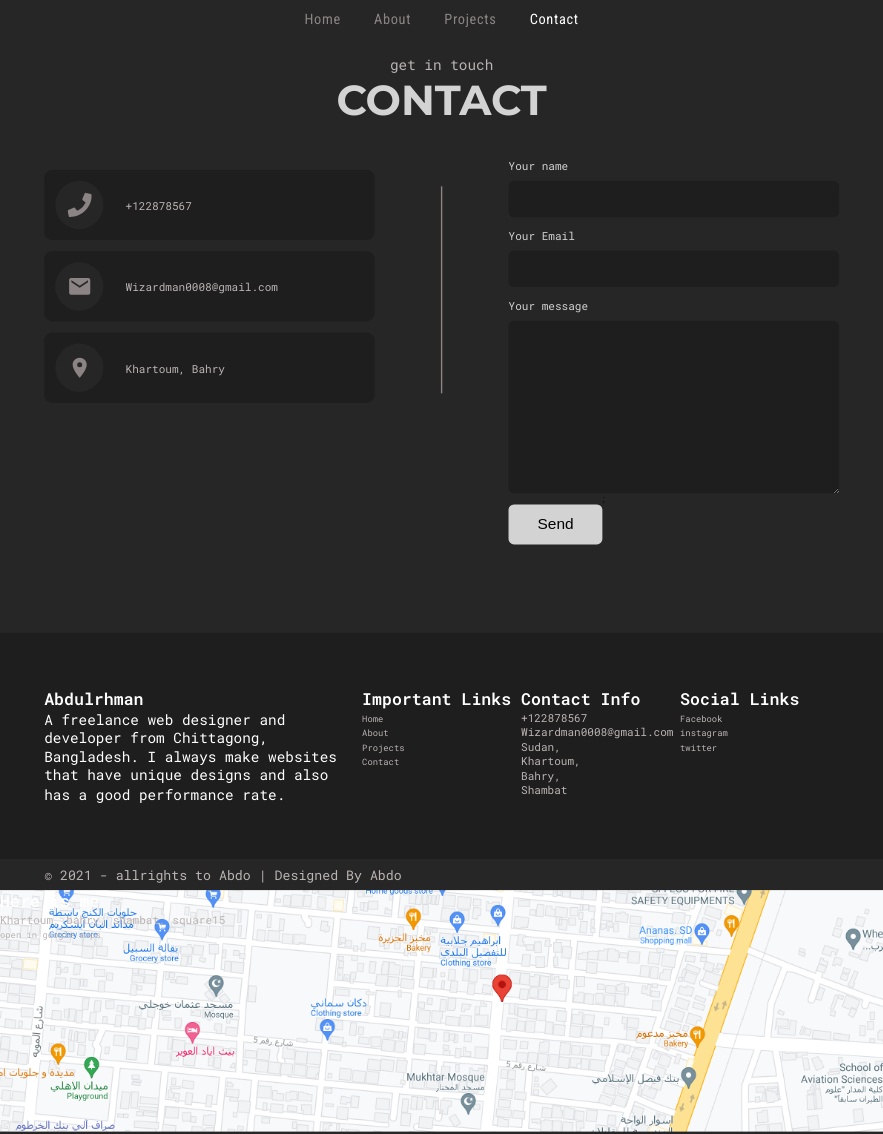
Repository: Abdoulrhman-altyeb/React-Typescript
Page: /contact
These files come from the project's save history. The page is drawn as it stood at one moment and after the next save; the edit follows.
The browser window is 1280 px wide. The pictures show the whole page, at 69% of full size.
The project was rebuilt for these pictures with package versions that can differ from the ones it lists, and the page was loaded fresh each time. Also part of the build but not shown: src/components/ContactButton.tsx, src/components/HeroSection.tsx, src/components/AboutSection.tsx, src/assits/data/Services.ts, src/components/ServiceItems.tsx, src/components/ServicesSection.tsx, src/components/ProjectsSection.tsx, src/Pages/Home.tsx and 2 more.

Above is the page before, as saved 2021-05-20 19:17:05.

### public/index.html
<!DOCTYPE html>
<html lang="en">

<head>
  <meta charset="utf-8" />
  <meta name="viewport" content="width=device-width, initial-scale=1" />
  <meta name="theme-color" content="#000000" />
  <meta name="description" content="IT Guys Community" />
  <link rel="preconnect" href="https://fonts.gstatic.com">
  <link href="https://fonts.googleapis.com/css2?family=Roboto:wght@300;400;500;700&display=swap" rel="stylesheet">
  <link rel="preconnect" href="https://fonts.gstatic.com">
<link href="https://fonts.googleapis.com/css2?family=Montserrat:wght@200;300;400;500;700&display=swap" rel="stylesheet">
<link rel="preconnect" href="https://fonts.gstatic.com">
<link href="https://fonts.googleapis.com/css2?family=Roboto+Mono:wght@200;300;400;500;600&display=swap" rel="stylesheet">
<link rel="preconnect" href="https://fonts.gstatic.com">
<link href="https://fonts.googleapis.com/css2?family=Roboto+Condensed:wght@400;700&display=swap" rel="stylesheet">
  <title>App Lab</title>
</head>

<body>
  <noscript>You need to enable JavaScript to run this app.</noscript>
  <div id="root"></div>
</body>

</html>

### src/index.tsx
import ReactDOM from "react-dom";
import App from "./App";
import './assits/styles/style.css'

ReactDOM.render(<App/>,document.getElementById("root"));

### src/App.tsx
import React from "react";
import NavBar from './components/NavBar';
import { BrowserRouter as Router, Route, Switch } from 'react-router-dom'
import Home from "./Pages/Home";
import Contact from "./Pages/Contact";
import About from "./Pages/About";
import Projects from "./Pages/Projects";


const App: React.FC = () => {



  return (
    <>
      <Router>
        <NavBar />
        <Switch>
          <Route  path='/' exact>
            <Home />
          </Route>
          <Route path="/contact">
            <Contact />
          </Route>
          <Route path='/about'>
            <About />
          </Route>
          <Route path='/projects'>
              <Projects/>
          </Route>
        </Switch>
      </Router>
    </>
  )
}

export default App;

### src/assits/styles/style.css
* {
    padding:0;
    margin:0;
    box-sizing:border-box;
    scroll-behavior: auto;
}

body {
    background:#262626;
    color:white;
    font-family: 'Roboto Mono', monospace;
}
::-webkit-scrollbar-track {
    background: #1E1E1E;
}
::-webkit-scrollbar {
    width: 8px;
}
::-webkit-scrollbar-thumb {
    background: #888;
    border-radius: 20px;
}




img,svg{
    width: 100%;
    height:100%;
    object-fit: cover;
}
.container {
    width:90%;
    max-width:1200px;
    margin: 0 auto;
}

.hero__img {
    height:600px;
}
ul {
    list-style: none;
}
p, h1, span,h3,a {
    color:#BCB4B4
}
a {
    text-decoration: none;
    font-size:0.8rem;
}

### src/components/NavBar.tsx
import React,{useState} from 'react';
import styled from 'styled-components';
import { NavLink } from 'react-router-dom';
import { BiMenu, BiX } from 'react-icons/bi';


const NavBar: React.FC = () => {

    const [isActive, setIsActive] = useState<boolean>(false);

    return (
        <NavBarContainer>
            <div className="hamburgerMenu"
                onClick={() => setIsActive(!isActive)}
                role='button'
                tabIndex={0}
                onKeyDown={() => setIsActive(!isActive)}
            >
                <BiMenu/>
            </div>
            <ul className={isActive ? 'ListItems' : 'ListItems hide-items'}>
                <div className='closeMenu'
                    onClick={() => setIsActive(!isActive)}
                    role='button'
                    tabIndex={0}
                    onKeyDown={() => setIsActive(!isActive)}
                >
                    <BiX/>
                </div>
                <li>
                    <NavLink to='/' exact>
                     Home
                    </NavLink>
                </li>
                <li>
                    <NavLink to="/about">
                        About
                    </NavLink>
                </li>
                <li>
                    <NavLink to='projects'>
                        Projects
                    </NavLink>
                </li>
                <li>
                    <NavLink to='contact'>
                        Contact
                    </NavLink>
                </li>
            </ul>
        </NavBarContainer>
    )
}

const NavBarContainer = styled.nav`
    position: fixed;
    z-index:100;
    top:0;
    left:0;
    background-color:#262626;
    font-family: 'Roboto Condensed', sans-serif;
    width:100%;
    ul {
        width:90%;
        max-width:1200px;
        justify-content:center;
        text-align:center;
        margin:0 auto;
        border-radius:12px;
    }
    li {
        display:inline-block;
        cursor:pointer;
    }
    a {
        display:inline-block;
        padding:1rem 1.5rem;
        font-size:1.3rem;
        color:#8c8484;
        letter-spacing: 1px;
        transition:0.3s ease color;
        /* &:hover {
            color:#726f6f;
        } */
    }
    .active {
        color:white;
    }

    .hamburgerMenu {
        font-size:2rem;
        position:absolute;
        top:1rem;
        right:1rem;
        color:white;
        display:none;
        * {
            pointer-events:none;
        }
    }
    .closeMenu{
        display:none;
    }
    @media only screen and (max-width:768px) {
        .hide-items{
            transform: translateY(calc(-100% - 1rem))
        }
        .hamburgerMenu{
            display:block;
        }
        .ListItems {
            width:80%;
            max-width:230px;
            position:absolute;
            top:1rem;
            right:1rem;
            background:#1E1E1E;
            padding:1rem;
            transition: 0.3s ease transform;

            .closeMenu {
                color:white;
                font-size:1.5rem;
                width:1rem;
                margin: 0 0 0 auto;
                cursor: pointer;
                display:block;
                *{
                    pointer-events:none;
                }
            }
        }
        li {
            display:block;
            margin-bottom:1rem;
        }
        a {
            /* padding:1rem; */
            padding:0.2rem;
            outline:none;
        }
    }
`;



export default NavBar;

### src/Pages/Contact.tsx
import React from 'react';
import ContactSection from '../components/ContactSecion';
import FooterSection from '../components/FooterSection';
import Map from '../components/Map';

const Contact: React.FC = () => {
    return (
        <>
            <ContactSection/>
            <FooterSection />
            <Map/>
        </>
    )
}

export default Contact;

### src/components/FooterSection.tsx
import React from 'react';
import styled from 'styled-components';
import PaText from './PaText';
import { Link } from 'react-router-dom';

const FooterSection: React.FC = () => {
    return (
        <>
            <StyledDiv>
                <div className="container">
                    <div className="info">
                        <h2>Abdulrhman</h2>
                        <PaText>
                            A freelance web designer and developer from Chittagong,
                            Bangladesh. I always make websites that have unique designs
                            and also has a good performance rate.
                        </PaText>
                    </div>
                    <div className="pages">
                        <h2>Important Links</h2>
                        <ul>
                            <li>
                                <Link to="/">Home</Link>
                            </li>
                            <li>
                                <Link to="/">About</Link>
                            </li>
                            <li>
                                <Link to="/">Projects</Link>
                            </li>
                            <li>
                                <Link to="/">Contact</Link>
                            </li>
                        </ul>
                    </div>
                    <div className="contact_info">
                        <h2>Contact Info</h2>
                        <ul>
                            <li><p>+122878567</p></li>
                            <li><p>Wizardman0008@gmail.com</p></li>
                            <li><p>Sudan,<br></br>Khartoum,<br></br>Bahry,<br></br>Shambat</p></li>
                        </ul>
                    </div>
                    <div className="social_Links">
                        <h2>Social Links</h2>
                        <ul>
                            <li><a href="https://facebook.com" rel='noreferrer'>Facebook</a></li>
                        </ul>
                        <ul>
                            <li><a href="https://instagram.com" rel='noreferrer'>instagram</a></li>
                        </ul>
                        <ul>
                            <li><a href="https://twitter.com" rel='noreferrer'>twitter</a></li>
                        </ul>
                    </div>
                </div>
            </StyledDiv>
            <StyledCopyright>
                <div className="container">
                    <p>© 2021 - allrights to Abdo  | Designed By Abdo</p>
                </div>
            </StyledCopyright>
        </>

    )
}

const StyledDiv = styled.div`
    background:#1E1E1E;
    padding:5rem 0 ;
    .container{
        display:flex;
    }
    .info{
        flex:2;
    }
    .contact_info,
    .pages,
    .social_Links{
        flex:1;
    }
    @media only screen and (max-width:768px) {
        .container{
            flex-direction:column;
        }
    }
`;
const StyledCopyright = styled.div`
    background:#262626;
    padding:10px 0;
    p{
        font-size:1.2rem;
    }

    @media only screen and (max-width:768px) {
        p{
            font-size:0.9rem;
            width:100%;
        }
    }
`;

export default FooterSection

### src/components/ContactSecion.tsx
import React from 'react';
import styled from 'styled-components';
import SectionsTitle from './SectionsTitle';
import { FaPhone } from 'react-icons/fa';
import { IoMdMail } from 'react-icons/io';
import {MdLocationOn} from 'react-icons/md'
import Button from './Button';

const ContactSection: React.FC = () => {
    return (
        <StyledDiv>
            <div className="container">
                <SectionsTitle title='contact' semiTitle='get in touch' />
                <div className="contact-me">
                    <div className="contact-info">
                        <div className="phone">
                            <div className="icon">
                                <FaPhone/>
                            </div>
                            <span> +122878567</span>
                        </div>
                        <div className="mail">
                            <div className="icon">
                                <IoMdMail/>
                            </div>
                            <span>Wizardman0008@gmail.com</span>
                        </div>
                        <div className="location">
                            <div className="icon">
                                <MdLocationOn/>
                            </div>
                            <span>Khartoum, Bahry</span>
                        </div>
                    </div>
                    <div className="linebetween"></div>
                    <form className='form-contact'>
                        <label htmlFor="name">Your name</label>
                        <input className='name' type="text" id='name' />
                        <label htmlFor="email">Your Email</label>
                        <input type="email" id="email" />
                        <label htmlFor="message">Your message</label>
                        <textarea id="message"></textarea>
                        <button type='submit' className='btn'>
                                <Button btnLink='/'  outline={false} btnText='Send'/>;
                        </button>
                    </form>
                </div>
            </div>
        </StyledDiv>
    )
}
const StyledDiv = styled.div`
    padding:5rem 0;
    text-align: center;
    .container{
        display: flex;
        flex-direction:column;
    }
    .title{
        p{
            font-size:1.3rem;
        }
        h2{
            font-size:3.8rem;
            margin-top:0;
        }
    }
    .contact-me{
        padding:3rem 0;
        display: flex;
        gap:6rem;
    }
    .contact-info{
        flex:1;
    }
    .phone,
    .mail,
    .location{
        width:100%;
        background:#1E1E1E;
        margin-top:1rem;
        padding:1rem;
        border-radius:12px;
        display: flex;
        align-items: center;
    }
    .icon{
        width:70px;
        height:70px;
        border-radius: 50%;
        display: flex;
        justify-content: center;
        align-items:center;
        margin-right:2rem;
        background:#262626;
    }
    .icon svg{
        width:50%;
        fill: #8c8484;
    }
    .linebetween{
        width:2px;
        height:300px;
        background:#8c8484;
        margin-top:2.5rem;
    }

    .form-contact{
        flex:1;
        display: flex;
        flex-direction:column;
        text-align:left;
    }
    .form-contact input, textarea{
        padding:1rem;
        background:#1E1E1E;
        border:none;
        border-radius:8px;
    }
    .form-contact textarea {
        height:250px;
        resize: vertical;
    }
    .form-contact label{
        margin-bottom:0.7rem;
        color:lightgray;
    }
    .form-contact input{
        margin-bottom:1rem;
        outline:none;
        color:#8c8484;
        font-size:1.1rem;
    }
    .btn{
        background:transparent;
        outline:none;
        border:none;
        pointer-events: none;
        display: flex;
        justify-content: flex-start;
        *{
            pointer-events: all;
        }
    }
    @media only screen and (max-width:768px) {
        .title{
            p{
                font-size:0.9rem;
            }
            h2{
                font-size:2.5rem;
                margin-top:0;
            }
        }
        .contact-me{
            flex-direction:column;
        }
        .linebetween{
            display: none;
        }
    }
`;

export default ContactSection;

### src/components/Map.tsx
import React from 'react';
import styled from 'styled-components';
import map from '../assits/images/Capture.jpg'
const Map: React.FC = () => {
    return (
        <StyleDiv>
            <img src={map} alt="" />
            <div className="location__details">
                <h2>Here is me</h2>
                <p>Khartoum, bahry, shambat, square15</p>
                <a href="https://www.google.com/maps/place/%D9%85%D8%AD%D8%B7%D9%87+15%E2%80%AD/@15.6677097,32.5462023,17z/data=!4m13!1m7!3m6!1s0x168e8da4c6682f5f:0x213cdd630f5e6fa9!2sShambat+Bridge,+Khartoum+North,+Sudan!3b1!8m2!3d15.6434242!4d32.5089219!3m4!1s0x168e93f8f47bbcb9:0x5df02e7d5dd85537!8m2!3d15.6681869!4d32.5468858" rel='noreferrer'>open in google maps</a>
            </div>
        </StyleDiv>
    )
}

const StyleDiv = styled.div`
    position: relative;
    height:350px;
    width:100%;
    .location__details{
        position: absolute;
        top: 0;
        left:0;
    }
`;
export default Map;

### src/components/Button.tsx
import React from 'react';
import { Link } from 'react-router-dom';
import styled from 'styled-components'


const Button:React.FC<ButtonProps> = ({btnLink,btnText,outline}) => {
    return (
        <BTNSTYLE className='btn'>
            <Link className='button' to={btnLink} style={{ background: outline ? 'transparent' : 'lightgray', color: outline? 'lightgray': 'black' }}>{btnText}</Link>
        </BTNSTYLE>
    )
}


const BTNSTYLE = styled.div`
    margin-top:1rem;
    .button{
        background:lightgray;
        padding:0.9rem 2.5rem;
        color:black;
        border-radius:8px;
        border:2px solid lightgray;
        cursor:pointer;
        display:inline-block;
        font-size:1.4rem;
    }
    @media only screen and (max-width:768px) {
        .button{
            font-size:1.2rem;
        }
    }
`;

export default Button

### src/components/PaText.tsx
import styled from 'styled-components'

const PaText: React.FC = ({children}) => {

    return (
        <TextContainer className='par'>
            {children}
        </TextContainer>
    )
}

const TextContainer = styled.div`
    max-width:500px;
    margin:0 auto;
    line-height:1.3em;
    font-family: 'Roboto Mono', monospace;
    font-size:1.3rem;
    @media only screen and (max-width:768px) {
        font-size:1.1rem;
    }
`;

export default PaText

### src/components/SectionsTitle.tsx
import React from 'react';
import styled from 'styled-components';

const SectionsTitle:React.FC<SectionTitle> = ({title,semiTitle}) => {
    return (
        <StyledSectionTitle className='title'>
            <p>{semiTitle}</p>
            <h2>{title}</h2>
        </StyledSectionTitle>
    )
}

const StyledSectionTitle = styled.div`
    P{
        font-size:1.5rem;
    }
    h2{
        font-size:3.8rem;
        font-family: 'Montserrat', sans-serif;
        text-transform:uppercase;
        margin-top:0.7rem;
        color:lightgray;
    }
    @media only screen and (max-width:768px){
        p{
            font-size:1rem;
        }
        h2{
            font-size:2rem;

        }
    }
`;

export default SectionsTitle;

After the next save:
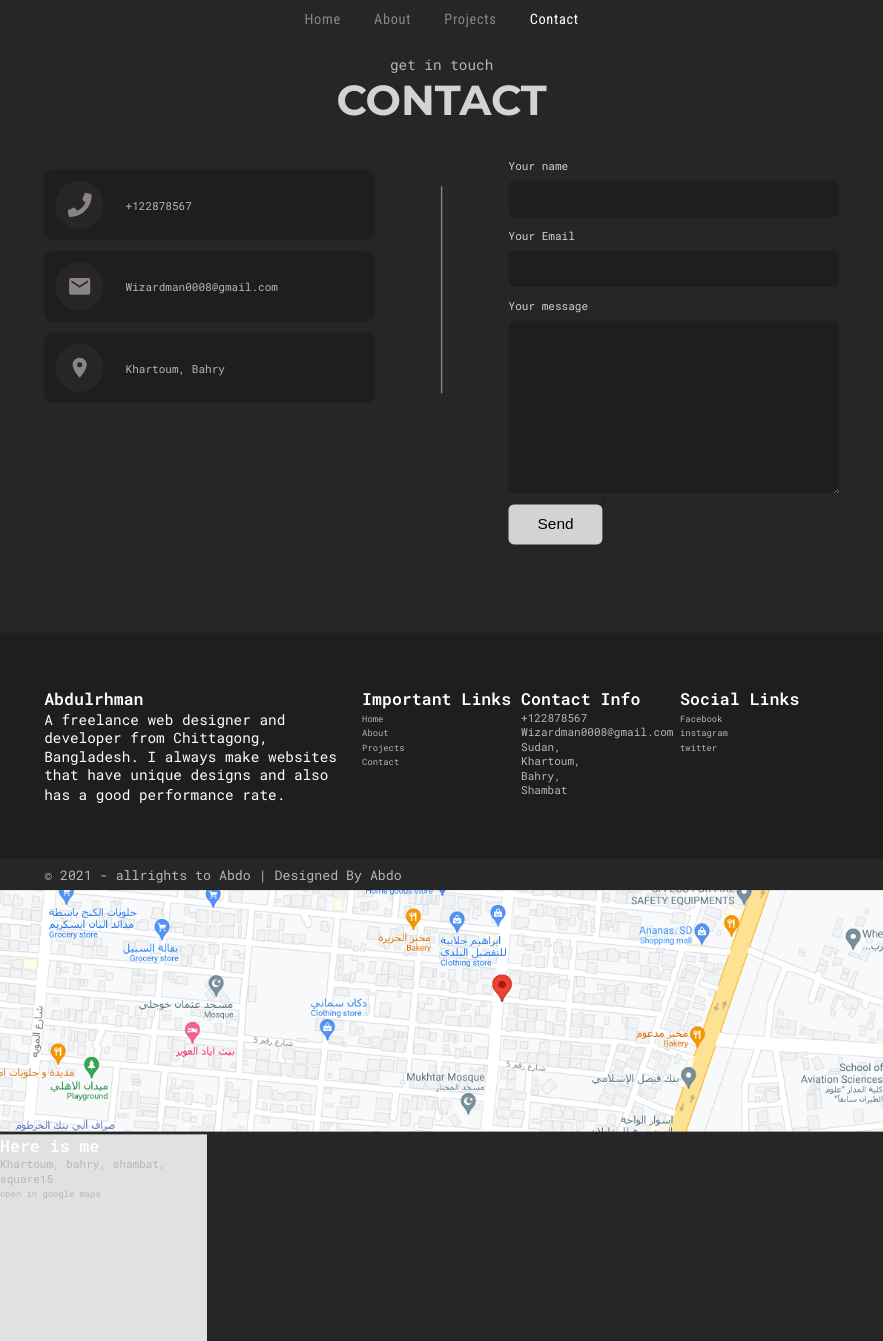
Saved 69 s later.
--- a/src/components/Map.tsx
+++ b/src/components/Map.tsx
@@ -20,8 +20,9 @@ const StyleDiv = styled.div`
     width:100%;
     .location__details{
         position: absolute;
-        top: 0;
-        left:0;
+        width:300px;
+        height:300px;
+        background:#E1E1E1
     }
 `;
 export default Map;
